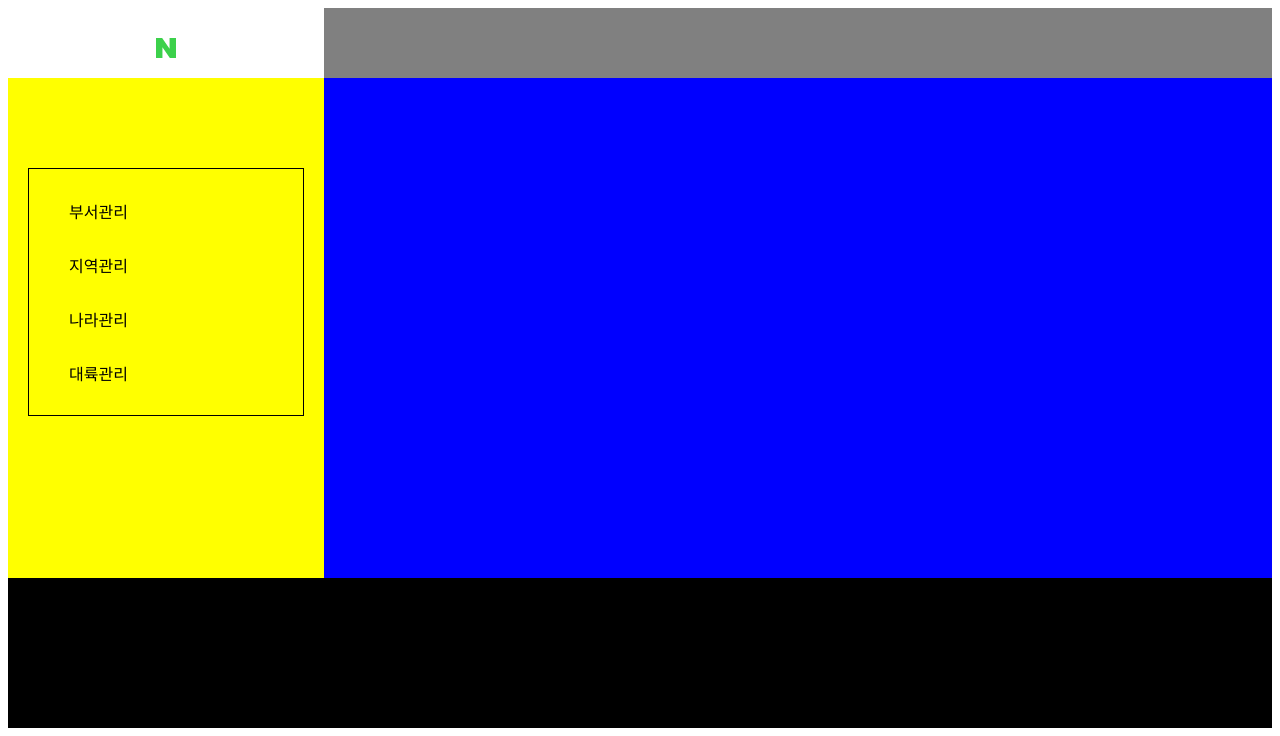
Repository: mireu930/Serverlet_App
Page: src/build/classes/webapp/template/layout.html
The author's editor kept a copy of each file at every save. The page is drawn from the files as they stood at one save, then again after the next save.
The browser window is 1280 px wide. The pictures show the whole page.

Above is the page before, as saved 2025-02-07 11:50:46.

After the next save:
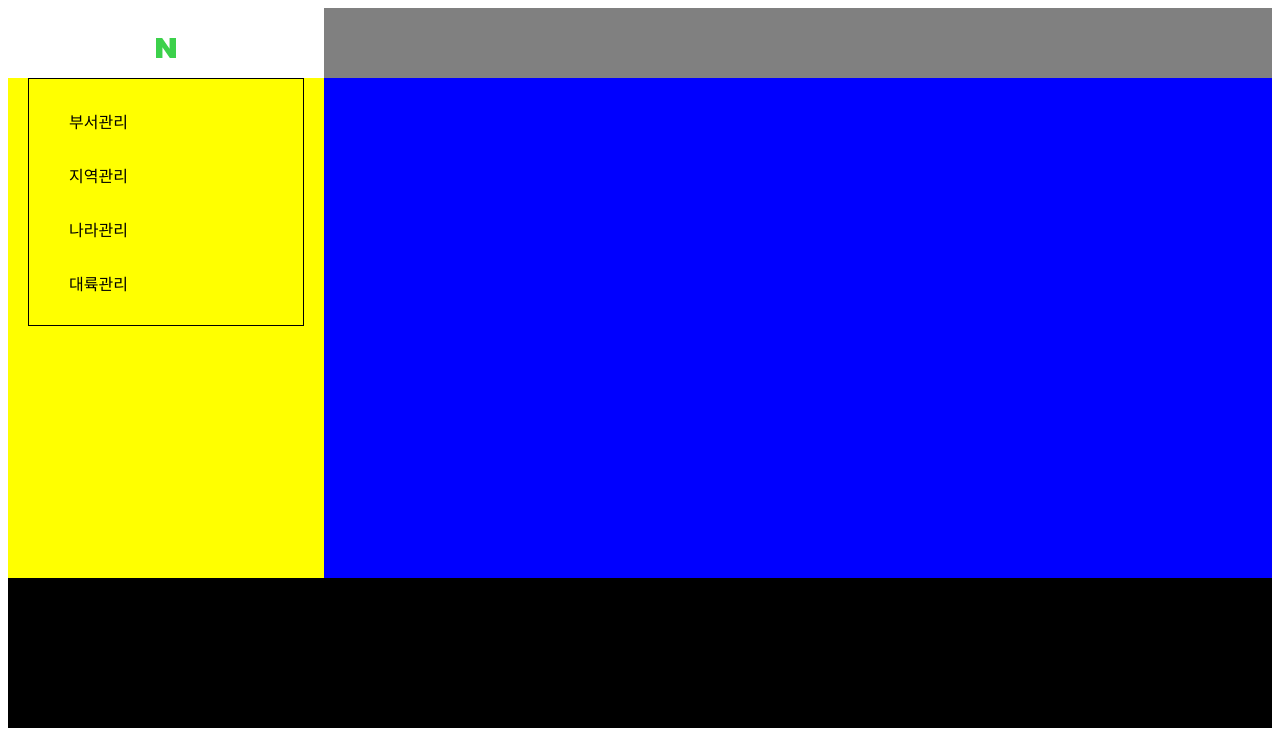
Saved 41 s later.
--- a/src/build/classes/webapp/template/layout.html
+++ b/src/build/classes/webapp/template/layout.html
@@ -56,7 +56,7 @@
 .content_left ul {
   list-style: none;
   border: 1px black solid;
-  margin: 90px 20px;
+  margin: auto 20px;
 }
 
 .content_left ul li {
